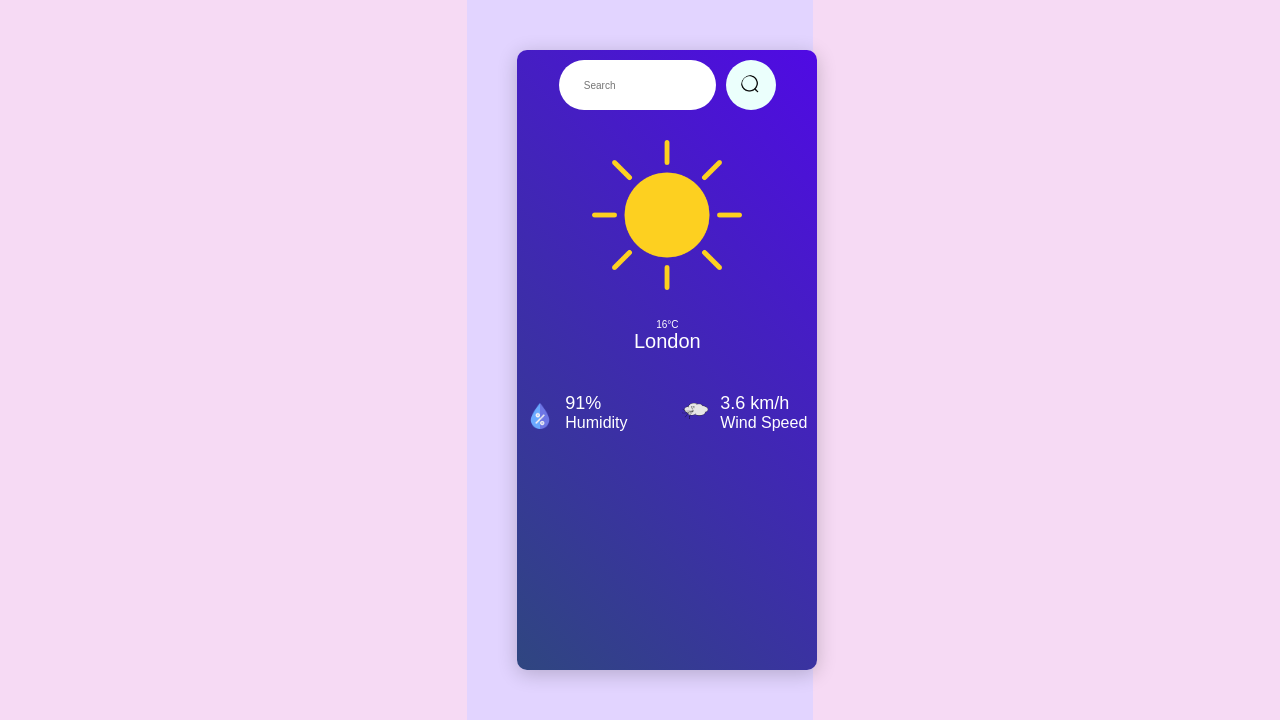
Repository: wakoya-tech/wheather-app
Page: /
An editor plug-in stored every save of this project. The page is shown before and after the next save, followed by the edit.
The browser window is 1280 px wide. The pictures show the whole page.
The project was rebuilt for these pictures with package versions that can differ from the ones it lists, and the page was loaded fresh each time. Also part of the build but not shown: vite.config.js, src/App.css.

Above is the page before, as saved 2025-10-18 21:49:34.

### index.html
<!DOCTYPE html>
<html lang="en">
  <head>
    <meta charset="UTF-8" />
    <link rel="icon" type="image/svg+xml" href="/vite.svg" />
    <meta name="viewport" content="width=device-width, initial-scale=1.0" />
    <title>Weather App - wakoCode</title>
  </head>
  <body>
    <div id="root"></div>
    <script type="module" src="/src/main.jsx"></script>
  </body>
</html>

### src/App.jsx
import { useState } from 'react'
import Weather from './Components/Weather'

import './App.css'

function App() {
 return(
 <div className='App'>

<Weather/>

 </div>

 )

}

export default App

### src/index.css

*{
    margin: 0;
    padding: 0;
    box-sizing: border-box;
    font-family: "poppins",sans-serif;
}
.App {
    min-height: 100vh;
    display: grid;
    background: #e2d4ff;
}

### src/Components/Weather.jsx
import React from 'react';
import './Weather.css';
import search_icon from '../assets/Search.png';
import clear from '../assets/Clear.png';
import wind from '../assets/Wind.png';
import humidity from '../assets/Humidity.png';

function Weather() {
  return (
    <div className='weather'>
      <div className="search-bar">
        <input type="text" placeholder='Search' />
        <img src={search_icon} alt="Search" />
      </div>

      <img src={clear} alt="Weather Icon" className='weather-icon' />
      <p className='temperature'>16°C</p>
      <p className='location'>London</p>

      <div className="weather-data">
        <div className="col">
          <img src={humidity} alt="Humidity" />
          <div>
            <p>91%</p>
            <span>Humidity</span>
          </div>
        </div>

        <div className="col">
          <img src={wind} alt="Wind Speed" />
          <div>
            <p>3.6 km/h</p>
            <span>Wind Speed</span>
          </div>
        </div>
      </div>
    </div>
  );
}

export default Weather;

### src/Components/Weather.css
/* App.css or Weather.css */

/* 🌍 Center the entire app on screen */
body {
    margin: 0;
    height: 100vh;
    display: flex;
    justify-content: center;
    align-items: center;
    background: #f6daf4;
  }

  /* 🌤️ Weather container */
  .weather {
    width: 90%;
    max-width: 300px;
    margin: 50px;
    padding: 10px;
    border-radius: 10px;
    background-image: linear-gradient(45deg, #2f4680, #500ae4);
    display: flex;
    flex-direction: column;
    align-items: center;

  box-shadow: 0 4px 20px rgba(0, 0, 0, 0.2);


  }

  /* 🔍 Search bar */
  .search-bar {
    display: flex;
    text-align: center;
    align-items: center;
    gap: 10px;
  }

  .search-bar input {
    height: 50px;
    font-size: 10px;
    border-radius: 40px;
    padding-left: 25px;
    border: none;
    outline: none;
    color: #626262;

  }

  .search-bar img {
    width: 50px;
    padding: 15px;
    border-radius: 50%;
    background: #ebfffc;
    cursor: pointer;
    transition: 0.2s ease;
  }

  .search-bar img:hover {
    background: #d6f5f2;
    transform: scale(1.05);
  }

  /* 🌦️ Weather display */
  .weather-icon {
    width: 150px;
    margin: 30px 0;
  }

  .temperature {
    color: #fff;
    font-size: 10px;
    line-height: 1;
  }

  .location {
    color: #fff;
    font-size: 20px;
  }

  /* 💧 Wind & humidity data section */
  .weather-data {
    width: 100%;
    margin-top: 40px;
    color: #fff;
    display: flex;
    justify-content: space-between;
  }
  .weather-data .col{
    display: flex;
    align-items: flex-start;
    gap: 12px;
    font-size: 18px;
  }
  .weather-data .col span{
    display: block;
    font-size: 16px;
  }
  .weather-data .col img{
    width: 26px;
    margin-top: 10px;
  }

Loaded but not shown: src/main.jsx (common file)

After the next save:
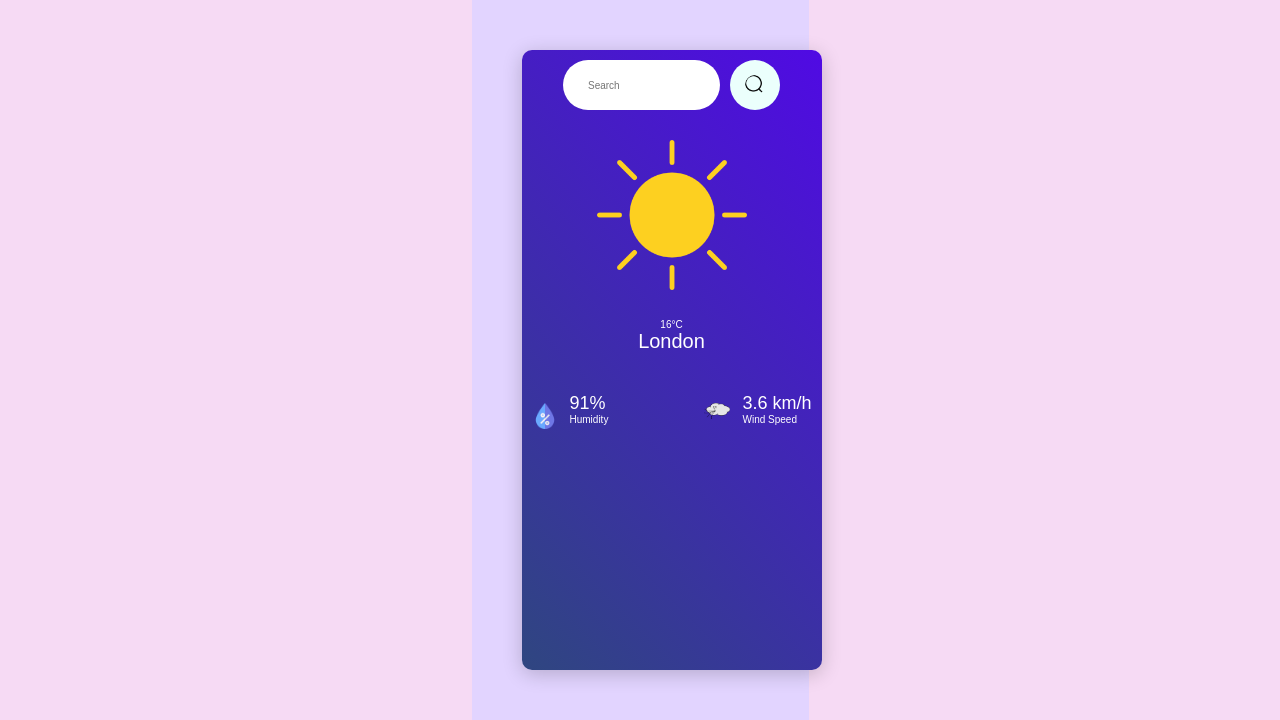
Saved 14 s later.
--- a/src/Components/Weather.css
+++ b/src/Components/Weather.css
@@ -93,7 +93,7 @@ body {
   }
   .weather-data .col span{
     display: block;
-    font-size: 16px;
+    font-size: 10px;
   }
   .weather-data .col img{
     width: 26px;
